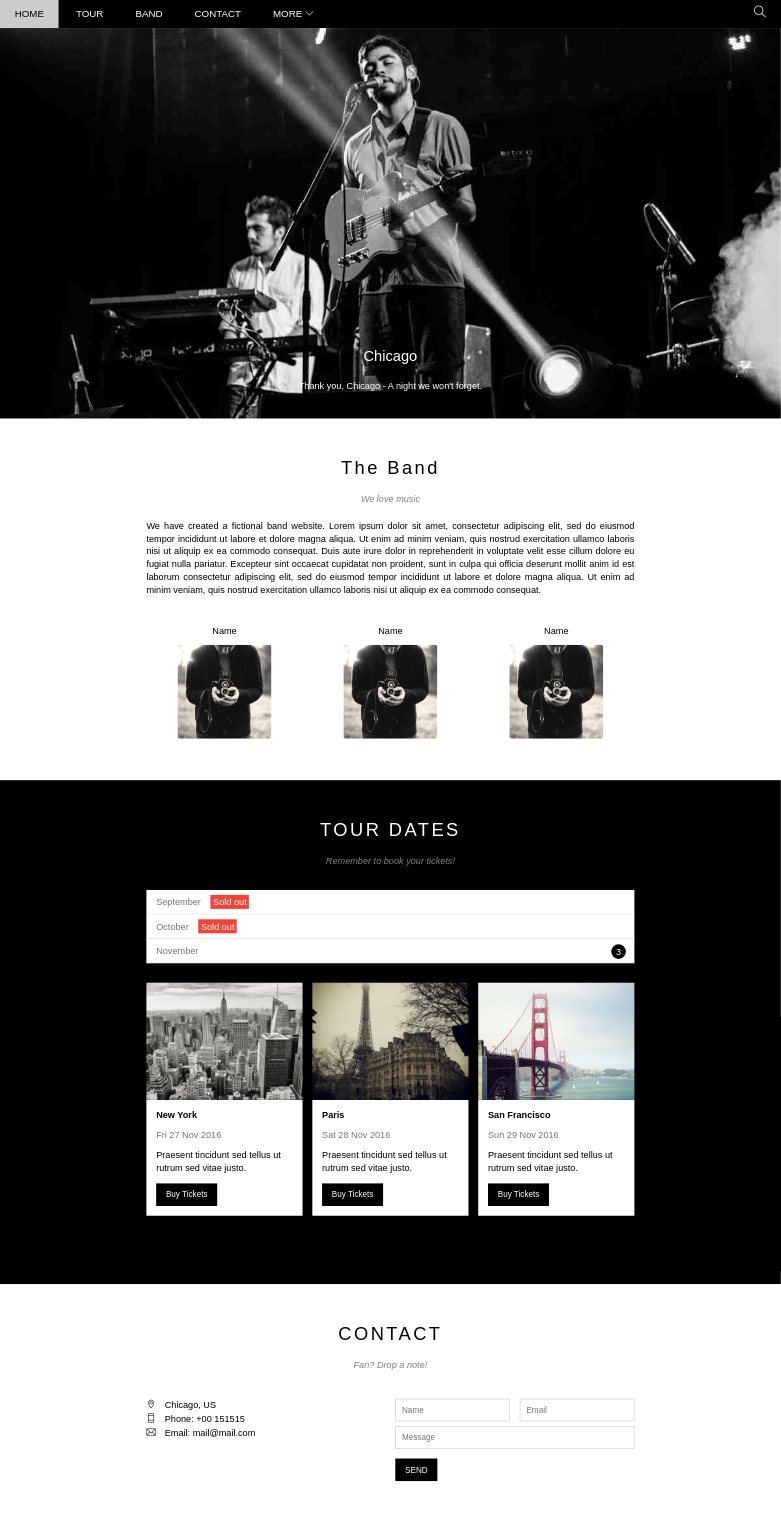
Repository: ducvui2003/LTCB
Page: index.html
These files come from the project's save history. The page is drawn as it stood at one moment and after the next save; the edit follows.
The browser window is 1280 px wide. The pictures show the whole page, at 61% of full size.

Above is the page before, as saved 2022-01-13 11:08:41.

### index.html
<!DOCTYPE html>
<html lang="en">

<head>
    <meta charset="UTF-8">
    <meta http-equiv="X-UA-Compatible" content="IE=edge">
    <meta name="viewport" content="width=device-width, initial-scale=1.0">
    <title>The Band W3_School</title>
    <link rel="stylesheet" href="./assest/Css/styles.css">
    <link rel="stylesheet" href="./assest/Fonts/themify-icons-font (1)/themify-icons/themify-icons.css">
</head>

<body>
    <div id="main">
        <!-- Begin: Header -->
        <div id="header">
            <!-- Begin: Nav -->
            <ul id="nav">
                <li>
                    <a href="">Home</a>
                </li>
                <li>
                    <a href="">Tour</a>
                </li>
                <li>
                    <a href="">Band</a>
                </li>
                <li>
                    <a href="">Contact</a>
                </li>
                <li>
                    <a href="">
                        More
                        <!-- icons -->
                        <i class="nav-arrow-down ti-angle-down"></i>
                    </a>
                    <ul class="subnav">
                        <li>
                            <a href="">Merchandise</a>
                        </li>
                        <li>
                            <a href="">Extras</a>
                        </li>
                        <li>
                            <a href="">Media</a>
                        </li>
                    </ul>
                </li>
            </ul>
            <!-- End: Nav -->
            <!-- Begin: Search button -->
            <div class="search-button">
                <i class="search-icon ti-search"></i>
            </div>
            <!-- End: Search button -->
        </div>
        <!-- End: Header -->

        <!-- Begin: Slides -->
        <div id="slides">
            <div class="text-content">
                <h2 class="text-heading">Chicago</h2>
                <div class="text-paragraph">Thank you, Chicago - A night we won't forget.
                </div>
            </div>
        </div>
        <!-- End: Slides -->

        <!-- Begin: Content -->
        <div id="content">

            <!-- About section -->
            <div class="content-section">
                <h1 class="section-heading">The Band</h1>
                <p class="section-sub-heading">We love music

                </p>
                <p class="content-text">We have created a fictional band website. Lorem ipsum dolor sit amet, consectetur adipiscing elit, sed do eiusmod tempor incididunt ut labore et dolore magna aliqua. Ut enim ad minim veniam, quis nostrud exercitation ullamco laboris nisi
                    ut aliquip ex ea commodo consequat. Duis aute irure dolor in reprehenderit in voluptate velit esse cillum dolore eu fugiat nulla pariatur. Excepteur sint occaecat cupidatat non proident, sunt in culpa qui officia deserunt mollit anim
                    id est laborum consectetur adipiscing elit, sed do eiusmod tempor incididunt ut labore et dolore magna aliqua. Ut enim ad minim veniam, quis nostrud exercitation ullamco laboris nisi ut aliquip ex ea commodo consequat.</p>

                <!-- Team section -->
                <div class="row member-list">
                    <div class="col col-third text-align">
                        <p class="member-name">Name</p>
                        <img src="./assest/Img/Teams/membersAvatar.jpg" alt="Name" class="member-avatar">
                    </div>

                    <div class="col col-third text-align">
                        <p class="member-name">Name</p>
                        <img src="./assest/Img/Teams/membersAvatar.jpg" alt="Name" class="member-avatar">
                    </div>

                    <div class="col col-third text-align">
                        <p class="member-name">Name</p>
                        <img src="./assest/Img/Teams/membersAvatar.jpg" alt="Name" class="member-avatar">
                    </div>

                </div>
            </div>

            <!-- Tour section -->
            <div class="tour-section">
                <div class="content-section">
                    <h1 class=" text-white section-heading">TOUR DATES</h1>
                    <p class="text-white section-sub-heading">Remember to book your tickets!</p>

                    <!-- Ticket-list -->
                    <ul class="ticket-list">
                        <li>September<span class="sold-out">Sold out</span></li>
                        <li>October<span class="sold-out">Sold out</span></li>
                        <li>November <span class="quantity">3</span></li>
                    </ul>

                    <!-- Places -->
                    <div class="row place-list">
                        <!-- Place 1 -->
                        <div class="col col-third">
                            <img src="./assest/Img/Places/place1.jpg" alt="New York" class="place-img">
                            <div class="place-body">
                                <h3 class="place-heading">New York</h3>
                                <p class="place-time">Fri 27 Nov 2016</p>
                                <p class="place-desc">Praesent tincidunt sed tellus ut rutrum sed vitae justo.</p>
                                <button class="btn js-buy-ticket">Buy Tickets</button>
                            </div>
                        </div>
                        <!-- Place 2 -->
                        <div class="col col-third">
                            <img src="./assest/Img/Places/place2.jpg" alt="Paris" class="place-img">
                            <div class="place-body">
                                <h3 class="place-heading">Paris</h3>
                                <p class="place-time">Sat 28 Nov 2016</p>
                                <p class="place-desc">Praesent tincidunt sed tellus ut rutrum sed vitae justo.</p>
                                <button class="btn js-buy-ticket">Buy Tickets</button>
                            </div>
                        </div>
                        <!-- Place 3 -->
                        <div class="col col-third">
                            <img src="./assest/Img/Places/place3.jpg" alt="San Francisco" class="place-img">
                            <div class="place-body">
                                <h3 class="place-heading">San Francisco</h3>
                                <p class="place-time">Sun 29 Nov 2016</p>
                                <p class="place-desc">Praesent tincidunt sed tellus ut rutrum sed vitae justo.</p>
                                <button class="btn js-buy-ticket">Buy Tickets</button>
                            </div>
                        </div>

                    </div>
                </div>
            </div>

            <!-- Contact section -->
            <div class="content-section">
                <h1 class="section-heading">CONTACT</h1>
                <p class="section-sub-heading">Fan? Drop a note! </p>

                <div class="row contact-content">
                    <div class="col col-half contact-info">
                        <p><i class="ti-location-pin"></i>Chicago, US</p>
                        <p><i class="ti-mobile"></i>Phone: +00 151515</p>
                        <p><i class="ti-email"></i>Email: mail@mail.com</p>
                    </div>
                    <div class="col col-half contact-form">
                        <!-- Form -->
                        <form action="">
                            <div class="row ">

                                <div class="col col-half ">
                                    <input type="text" required placeholder="Name" class="form-control">
                                </div>

                                <div class="col col-half">
                                    <input type="email" required placeholder="Email" class="form-control">
                                </div>

                            </div>
                            <div class="row mt-8">
                                <div class="col col-full">
                                    <input type="text" required placeholder="Message" class="form-control">
                                </div>
                            </div>
                            <input class=" btn mt-16 pull-right" type="submit" value="SEND">
                        </form>
                    </div>

                </div>
            </div>

        </div>

        <!-- End: Content -->
        <div id="footer"></div>
    </div>
    </div>

    <!-- Modal -->
    <div class="modal js-modal">

        <div class="modal-container js-modal-container">
            <div class="modal-close js-modal-close">
                <ti class="ti-close"></ti>
            </div>

            <!-- Thẻ header dùng y như thẻ div -->
            <header class="heading-modal">
                <i class="ti-bag">
            Tickets
            </i>
            </header>

            <div class="modal-body">
                <!-- quantity is id of input, it help user focus in label -->
                <label for="ticket-quantity" class="modal-label">
                    <i class="ti-shopping-cart"></i>
                    Tickets, $15 per person
                </label>
                <input id="ticket-quantity" type="text" class="modal-input" placeholder="How many?">

                <!-- quantity is id of input, it help user focus in label -->
                <label for="ticket-email" class="modal-label">
                    <i class="ti-user"></i>
                    Send To
                </label>
                <input id="ticket-email" type="email" class="modal-input" placeholder="Enter email">
                <button class="pay-ticket">
                    Pay
                    <i class="ti-check">
                    </i>
                </button>
            </div>

            <footer class="modal-footer">
                <p class="modal-help">Need <a href="">help?</a></p>
            </footer>
        </div>
    </div>


    <script>
        // querySelectorAll: Lấy ra tất cả
        const buyBtns = document.querySelectorAll('.js-buy-ticket')
            // querySelector: Lấy ra 1 thành phần
        const modal = document.querySelector('.modal')
        const modalClose = document.querySelector('.js-modal-close')
        const modalContainer = document.querySelector('.js-modal-container')

        // Function use to show modal tickets(add open to .modal)
        function showBuyTickets() {
            modal.classList.add('open')
        }

        // Function use to hide modal tikets (remove open of .modal)
        function hideBuyTickets() {
            modal.classList.remove('open')
        }

        // Loop 3 button and listen Event Click
        // Run 3 rounds
        for (const buyBtn of buyBtns) {
            // addEventListner: lắng nghe hành vi người dung (click chuột) bên trong là thao tác kèm theo đó là hành động xảy ra sau khi click vào đó, ở đây t để 1 hàm sau dâu (,) để show menu ticket
            buyBtn.addEventListener('click', showBuyTickets)
        }
        // Listen Event when user clicked button close

        modalClose.addEventListener('click', hideBuyTickets)

        modal.addEventListener('click', hideBuyTickets)

        modalContainer.addEventListener('click', function(event) {
            event.stopPropagation()
        })
    </script>
</body>

</html>

### assest/Css/styles.css
/* Common */

* {
    padding: 0;
    margin: 0;
    box-sizing: border-box;
}

html {
    font-family: Arial, Helvetica, sans-serif;
}


/* .clear {
    clear: both;
} */

.mt-8 {
    margin-top: 8px !important;
}

.mt-16 {
    margin-top: 16px !important;
}

.text-white {
    color: white !important;
}

.text-align {
    text-align: center !important;
}

.row {
    margin: 0px -8px;
}

.full-right {
    float: right !important;
}

.btn {
    color: white;
    background-color: black;
    text-decoration: none;
    display: inline-block;
    padding: 11px 16px;
    margin-top: 15px;
    border: none;
}

.btn:hover {
    color: black;
    background-color: #ccc;
    cursor: pointer;
}


/* peasudo class  */

.row::after {
    content: "";
    display: block;
    clear: both;
}

.col {
    float: left;
    padding: 0 8px;
}

.col-full {
    width: 100%;
}

.col-half {
    width: 50%;
}

.col-third {
    width: calc(100% / 3);
}


/* main */

#main {}

#header {
    position: fixed;
    top: 0;
    right: 0;
    left: 0;
    /* fixed đang nổi lên nó sẽ nhường vị trí cho div slides tiếp theo */
    height: 46px;
    background-color: black;
    z-index: 1;
    /* dùng để thêm vào thẻ fixed nhằm đẩy block lên trên các block khác theo chiều cao, giá trị là 0, 1,... */
}

#nav {
    display: inline-block;
    /* display để thẻ nav chỉ dài đúng nội dung của nó thôi */
}

#nav,
.subnav {
    list-style: none;
}

#nav>li {
    display: inline-block;
}

#nav li {
    position: relative;
}

#nav>li>a {
    color: white;
    text-transform: uppercase;
    /* chinh chu thuong thanh hoa */
}

#nav li a {
    text-decoration: none;
    line-height: 46px;
    padding: 0 24px;
    display: block;
}

#nav li:hover .subnav {
    display: block;
}

#nav>li:hover>a,
#nav .subnav li:hover a {
    background-color: #ccc;
    color: black;
}

#nav li:hover a {
    /* line-height: 46px; */
}

#nav .subnav {
    display: none;
    position: absolute;
    top: 46px;
    background-color: #fff;
    box-shadow: 0 0 10px rgba(0, 0, 0, 0.3);
}

#nav .subnav li a {
    color: black;
    padding: 0 16px;
    line-height: 38px;
    width: 160px;
}

#nav .nav-arrow-down {
    font-size: 14px;
}

#header .search-button {
    float: right;
    /* thẻ search-button là thẻ div, có tính kế thừa chiều ngang, nên khi float vào sẽ vô hiệu hoá tính kế thừa chiều ngang đó */
    line-height: 46px;
    padding: 0 24px;
}

#header .search-button:hover {
    background-color: #f44336;
    cursor: pointer;
    /* Dùng để thay đổi con trỏ chuột khi di vào */
}

#header .search-icon {
    color: white;
    font-size: 20px;
}

#slides {
    /* min-height: 1000px; */
    /* background-color: pink; */
    margin-top: 46px;
    padding-top: 50%;
    /* 50% chieu ngang cua chinh the do */
    background: url('/assest/Img/Slides/ChicagoPicture.jpg') top center / cover no-repeat;
    /* shorthand */
    position: relative;
}

#slides .text-content {
    position: absolute;
    bottom: 46px;
    left: 50%;
    /* Cách lề trái 50% chiều ngang */
    transform: translateX(-50%);
    /* Dùng để lùi thẻ theo trục X 50% chiều dài -> Mục đích kết hợp vs transform để căn giữa block */
    color: white;
    text-align: center;
    /* Dùng để căn giữa content, ko dùng để căn block */
    /* cách 2: Thêm width: 100% */
    /* /* cách 3 left: 0 right: 0; */
}

#slides .text-heading {
    font-weight: 500;
    /* dùng để điều chỉnh lại độ dày của chữ, giá trị từ 100-1000  */
    font-size: 24px;
    margin-bottom: 25px;
}

#slides .text-paragraph {
    font-size: 15px;
}

#content {}

#content .content-section {
    width: 800px;
    padding: 64px 0;
    margin-left: auto;
    margin-right: auto;
}

#content .section-heading {
    font-size: 30px;
    font-weight: 500;
    text-align: center;
    letter-spacing: 4px;
}

#content .section-sub-heading {
    font-size: 15px;
    text-align: center;
    margin-top: 25px;
    font-style: italic;
    opacity: 0.5;
}

#content .content-text {
    font-size: 15px;
    margin-top: 25px;
    text-align: justify;
    /* Can deu van ban */
    line-height: 1.4;
    /* Khoang cach giua 2 hang chu */
}

#content .member-list {
    margin-top: 48px;
    /* overflow: hidden; */
}

#content .member-name {
    font-size: 15px;
}

#content .member-avatar {
    margin-top: 15px;
    width: 154px;
    /* Dung the <img> thì chỉ cần đặt 1 chiều */
    border-radius: 4px;
    /* Dùng để tạo bo góc của ảnh */
}


/* Tour-section */

#content .tour-section {
    background-color: black;
}


/* Ticket-list */

.ticket-list {
    background-color: white;
    margin-top: 40px;
}

.ticket-list li {
    font-size: 15px;
    padding: 11px 16px;
    border-bottom: 1px solid #ddd;
    color: #757575;
    list-style: none;
}

.ticket-list .sold-out {
    color: white;
    background-color: #f44336;
    margin-left: 16px;
    padding: 3px 4px;
}

.ticket-list .quantity {
    float: right;
    width: 24px;
    height: 24px;
    border-radius: 50%;
    /* Tao bop goc deu de co hinh tron */
    text-align: center;
    line-height: 24px;
    background-color: black;
    color: white;
    margin: -2px;
    /* Có thẻ float nên có thuộc tính block -> xét đc width, height, dùng đc margin (-) */
}


/* Plac-list */

.place-list {
    margin-top: 32px;
    padding-bottom: 48px;
}


/* .place-ticket {
    width: calc(100% / 3);
} */

.place-img {
    width: 100%;
    display: block;
}

.place-img:hover {
    opacity: 0.6;
}

.place-body {
    background-color: white;
    padding: 16px;
    font-size: 15px;
    /* font-size có tính kế thừa */
}

.place-heading {
    font-size: 15px;
    font-weight: 600;
}

.place-time {
    margin-top: 15px;
    color: #757575;
}

.place-desc {
    margin-top: 15px;
    line-height: 1.4;
}


/* Contact -form */

.contact-content {
    margin-top: 48px;
}

.contact-info {
    font-size: 15px;
    line-height: 1.5;
}

.contact-info i[class*="ti-"] {
    width: 30px;
    display: inline-block;
}

.contact-form {
    font-size: 15px;
}

.contact-form .form-control {
    padding: 10px;
    border: 1px solid #ccc;
    width: 100%;
}


/* .form-submit-btn {
    color: white;
    background-color: black;
    padding: 8px 16px;
    border: 1px solid black;
    float: right;
} */


/* Footer */

#footer {}


/* Modal */

.modal {
    /* Create Overlay */
    position: fixed;
    left: 0;
    right: 0;
    top: 0;
    bottom: 0;
    background-color: rgba(0, 0, 0, 0.4);
    /* Flex-box */
    /* Căn items theo chiều cao */
    align-items: center;
    /* Căn items theo chiều ngang */
    justify-content: center;
    display: none;
}

.modal.open {
    display: flex;
}

.modal-container {
    background-color: #fff;
    width: 900px;
    max-width: calc(100% - 32px);
    min-height: 200px;
    position: relative;
    animation: modalFadeIn ease 0.5s;
}

.modal-container .modal-close {
    position: absolute;
    top: 0;
    right: 0;
    font-size: 24px;
    color: white;
    /* Make Icon large */
    padding: 12px;
}

.modal-container .modal-close:hover {
    color: black;
    background-color: #ccc;
    cursor: pointer;
    opacity: 0.8;
}

.heading-modal {
    width: 100%;
    height: 129px;
    /* flex */
    display: flex;
    align-items: center;
    justify-content: center;
    background-color: #009688;
    font-size: 30px;
    color: white;
    font-family: 'Segoe UI', Tahoma, Geneva, Verdana, sans-serif;
    letter-spacing: 4px;
}

.modal-body {
    padding: 16px;
}

.modal-label {
    display: block;
    font-size: 15px;
    margin-bottom: 12px;
}

.modal-input {
    padding: 8px;
    border: 1px solid #ccc;
    width: 100%;
    font-size: 15px;
    margin-bottom: 24px;
}

.pay-ticket {
    width: 100%;
    padding: 18px;
    background-color: #009688;
    color: white;
    font-size: 15px;
    border: 0px none;
    text-transform: uppercase;
}

.pay-ticket:hover {
    color: black;
    background-color: #ccc;
    cursor: pointer;
    opacity: 0.9;
}

.modal-footer {
    padding: 16px;
    text-align: right;
}

.modal-footer .modal-help a {
    color: #2196F3;
}


/* animation */

@keyframes modalFadeIn {
    from {
        opacity: 0;
        transform: translateY(-140px);
    }
    to {
        opacity: 1;
        transform: translateY(0);
    }
}

Loaded but not shown: assest/Fonts/themify-icons-font (1)/themify-icons/themify-icons.css (common file)

After the next save:
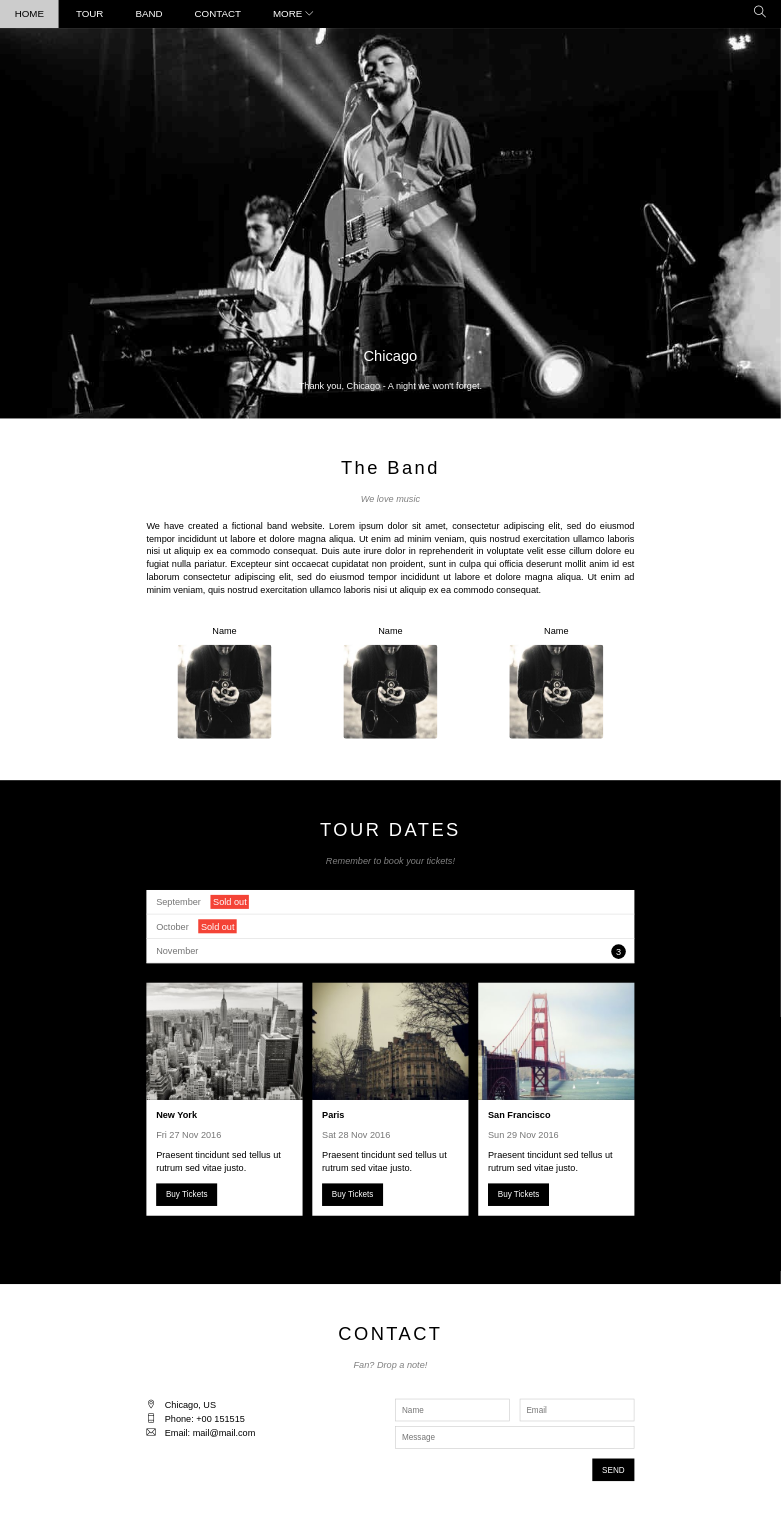
Saved 16 s later.
--- a/assest/Css/styles.css
+++ b/assest/Css/styles.css
@@ -35,7 +35,7 @@
     margin: 0px -8px;
 }
 
-.full-right {
+.pull-right {
     float: right !important;
 }
 
